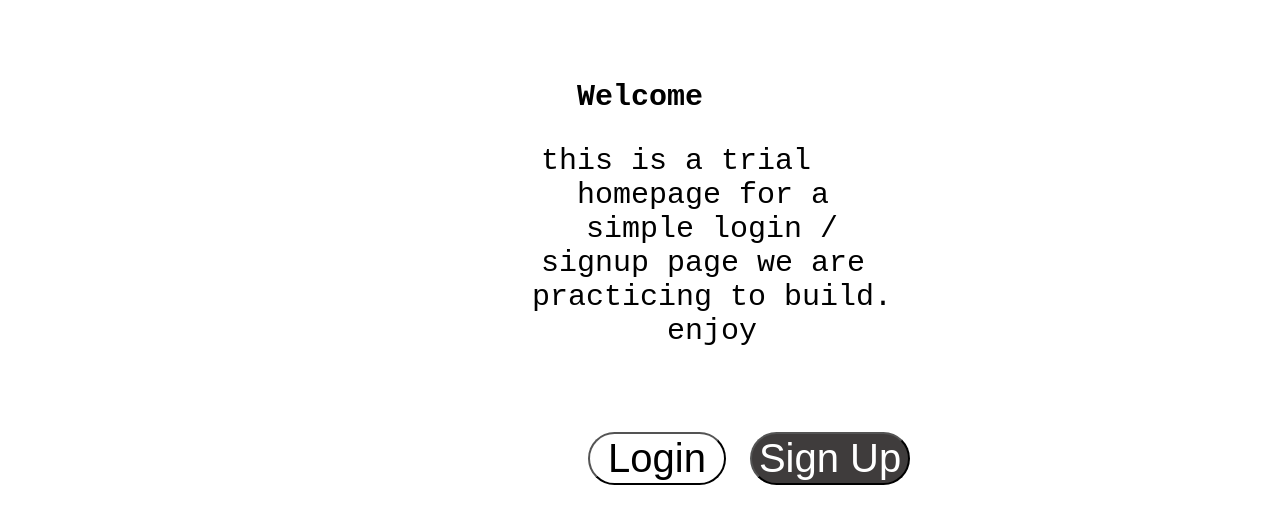
Repository: yhung004/TUTORIAL_PAGE
Page: home.html
These files come from the project's save history. The page is drawn as it stood at one moment and after the next save; the edit follows.
The browser window is 1280 px wide. The pictures show the whole page.

Above is the page before, as saved 2024-04-10 13:15:51.

### home.html
<!DOCTYPE html>
<html lang="en">
<head>
    <meta charset="UTF-8">
    <meta name="viewport" content="width=device-width, initial-scale=1.0">
    <title>Home</title>
    <link rel="stylesheet" href="main.css">
</head>
<body>
    <h3 class="welcome">    Welcome</h3>
    <pre class="welcome_text">    this is a trial
        homepage for a
        simple login /
        signup page we are
        practicing to build.
        enjoy
    </pre>
    <button class="button_a">
       Login
    </button>
    <button class="button_b" id="sign_up.html">
        Sign Up
    </button>
</body>
</html>

### main.css

.welcome{
    text-align: center;
    font-family: 'Courier New', Courier, monospace;
    font-size: 30px;
    margin-top: 80px;
}
.welcome_text {
    margin-top: 20px;
    text-align:center;
    font-family: 'Courier New', Courier, monospace;
    font-size: 30px;
}
.button_a {
    position: relative;
    left: 580px;
    background-color:white;
    border-radius: 30px;
    font-size: 40px;
    padding: 2px 18px 2px 18px;
    margin-top: 20px;
}
.button_b {
    position: relative;
    right: -600px;
    border-radius: 40px;
    background-color: rgb(63, 60, 60);
    color:white;
    font-size: 40px;
    padding: 2px 7px 2px 7px;
    margin-top: 20px;
}
.button_a:hover {
    background-color:blue;
    color:white;
}
.button_b:hover {
    color:black;
    background-color:rgb(71, 68, 69);
}
.login {
    text-align:center;
    font-size: 50px;
    font-family: monospace;
    margin-top: 60px;
}
.username {
    position: relative;
    border-radius: 30px;
    left: 570px;
    width: 250px;
    height: 40px;
}
.password {
    position: relative;
    border-radius: 30px;
    left: 570px;
    width: 250px;
    height: 40px;
    margin-top: 40px;
}
.button_in {
    position: relative;
    left: 630px;
    margin-top: 60px;
    background-color:white;
    color: black;
    font-size: 30px;
    font-family: monospace;
    border-radius: 20px;
    padding: 2px 7px 2px 7px;

}
.button_in:hover {
    background-color:blue;
    color:white;
}
.sign_up {
    text-align:center;
    font-size: 50px;
    font-family: monospace;
    margin-top: 40px;
}
.fname {
    position: relative;
    border-radius: 30px;
    left: 570px;
    width: 250px;
    height: 40px;
    margin-top: 20px;
}
.uname {
    position: relative;
    border-radius: 30px;
    left: 570px;
    width: 250px;
    height: 40px;
    margin-top: 20px;
}
.pwd {
    position: relative;
    border-radius: 30px;
    left: 570px;
    width: 250px;
    height: 40px;
    margin-top: 20px;
}
.cpwd {
    position: relative;
    border-radius: 30px;
    left: 570px;
    width: 250px;
    height: 40px;
    margin-top: 20px;
}
.button_out {
    position: relative;
    left: 630px;
    margin-top: 60px;
    background-color:black;
    color: white;
    font-size: 30px;
    font-family: monospace;
    border-radius: 20px;
    padding: 2px 7px 2px 7px;
}
.button_out:hover {
    background-color:blue;
    color:white;
}

After the next save:
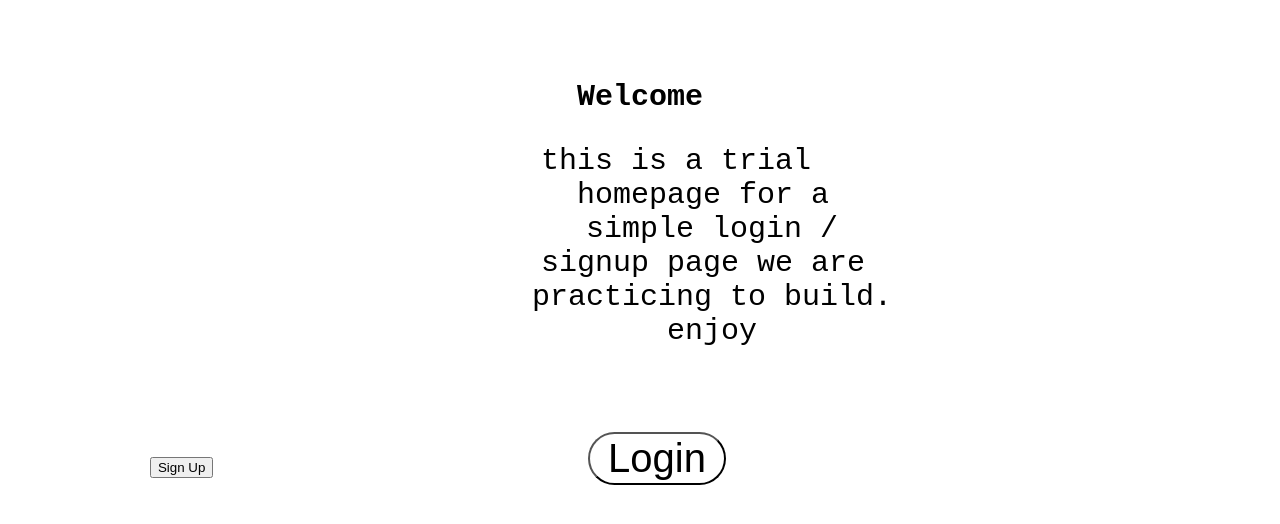
Saved 41 min 55 s later.
--- a/home.html
+++ b/home.html
@@ -18,7 +18,7 @@
     <button class="button_a">
        Login
     </button>
-    <button class="button_b" id="sign_up.html">
+    <button id="sign_up.html">
         Sign Up
     </button>
 </body>
